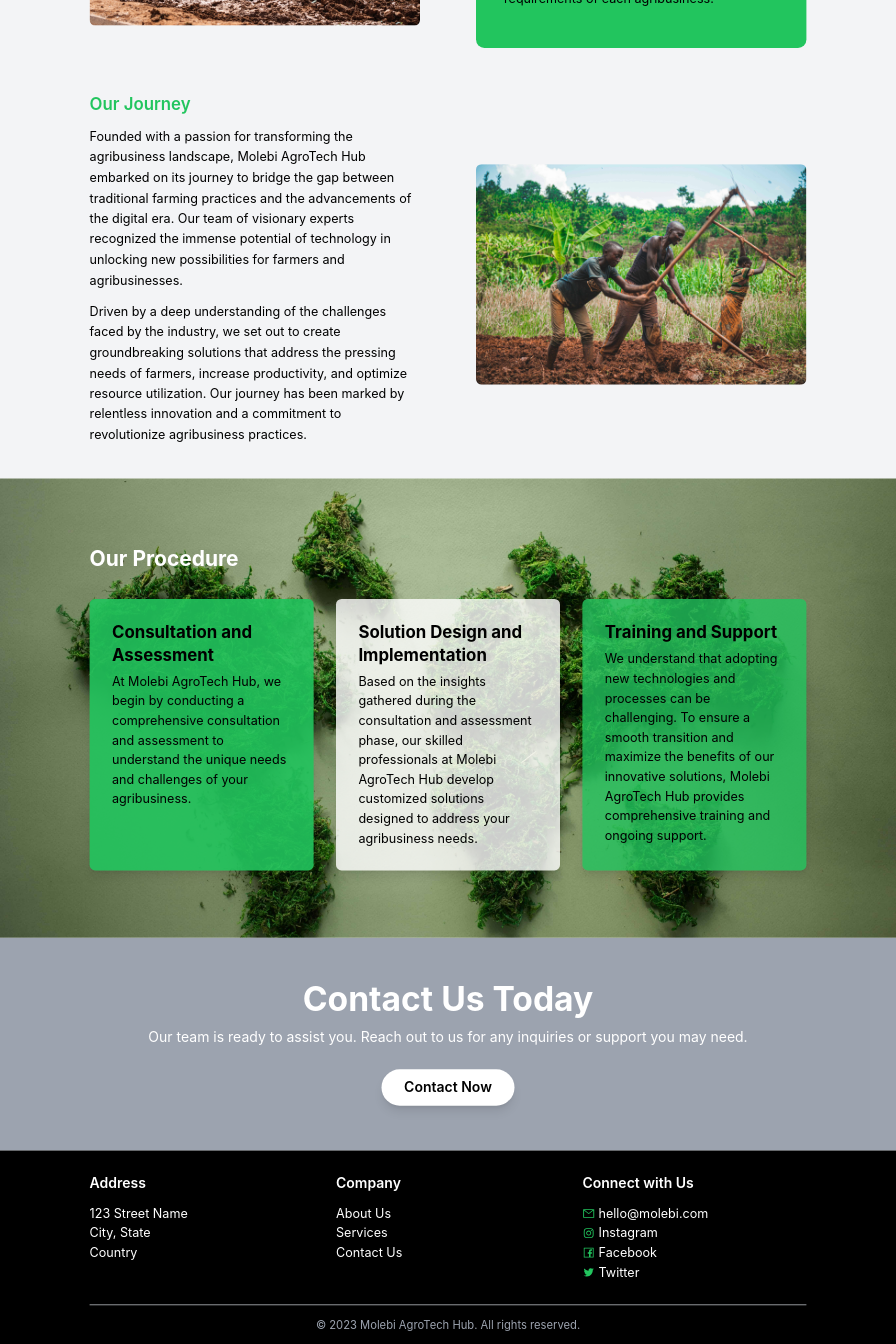
Repository: akinolapo/agric-tech
Page: /about
These files come from the project's save history. The page is drawn as it stood at one moment and after the next save; the edit follows.
The browser window is 1280 px wide. The pictures show the part of the page from y = 932 to 2852 px (the page is 2852 px tall), at 70% of full size.
The project was rebuilt for these pictures with package versions that can differ from the ones it lists, and the page was loaded fresh each time. Also part of the build but not shown: src/components/Hero.jsx, src/components/ImageText.jsx, src/components/TwoColumnMasonry.jsx, src/components/TwoColumnComponent.jsx, src/App.jsx.

Above is the page before, as saved 2023-05-28 20:42:00.

### public/index.html
<!DOCTYPE html>
<html lang="en">
  <head>
    <meta charset="utf-8" />
    <link rel="icon" href="%PUBLIC_URL%/favicon.ico" />
    <meta name="viewport" content="width=device-width, initial-scale=1" />
    <meta name="theme-color" content="#000000" />
    <meta
      name="description"
      content="Empowering Agribusinesses with Innovative Solutions and Technology"
    />
    <link rel="apple-touch-icon" href="%PUBLIC_URL%/logo192.png" />
    <!--
      manifest.json provides metadata used when your web app is installed on a
      user's mobile device or desktop. See https://developers.google.com/web/fundamentals/web-app-manifest/
    -->
    <link rel="manifest" href="%PUBLIC_URL%/manifest.json" />
    <!--
      Notice the use of %PUBLIC_URL% in the tags above.
      It will be replaced with the URL of the `public` folder during the build.
      Only files inside the `public` folder can be referenced from the HTML.

      Unlike "/favicon.ico" or "favicon.ico", "%PUBLIC_URL%/favicon.ico" will
      work correctly both with client-side routing and a non-root public URL.
      Learn how to configure a non-root public URL by running `npm run build`.
    -->
    <title>Molebi AgroTech Hub</title>
  </head>
  <body>
    <noscript>You need to enable JavaScript to run this app.</noscript>
    <div id="root"></div>
    <!--
      This HTML file is a template.
      If you open it directly in the browser, you will see an empty page.

      You can add webfonts, meta tags, or analytics to this file.
      The build step will place the bundled scripts into the <body> tag.

      To begin the development, run `npm start` or `yarn start`.
      To create a production bundle, use `npm run build` or `yarn build`.
    -->
  </body>
</html>

### src/index.js
import React from 'react';
import ReactDOM from 'react-dom/client';
import { BrowserRouter, Routes, Route } from "react-router-dom";
import './index.css';
import App from './App';
import AboutPage from './components/about-page/AboutPage';

const root = ReactDOM.createRoot(document.getElementById('root'));
root.render(
  <React.StrictMode>
    <BrowserRouter>
            <Routes>
                <Route path="/" element={<App />} />
                <Route path="/about" element={<AboutPage />} />
            </Routes>
            {/* <App /> */}
        </BrowserRouter>
  </React.StrictMode>
);

### src/index.css
@tailwind base;
@tailwind components;
@tailwind utilities;

body {
  margin: 0;
  font-family: -apple-system, BlinkMacSystemFont, 'Segoe UI', 'Roboto', 'Oxygen',
    'Ubuntu', 'Cantarell', 'Fira Sans', 'Droid Sans', 'Helvetica Neue',
    sans-serif;
  -webkit-font-smoothing: antialiased;
  -moz-osx-font-smoothing: grayscale;
}

code {
  font-family: source-code-pro, Menlo, Monaco, Consolas, 'Courier New',
    monospace;
}

.card-icon{
  height: 40px;
  width: 40px;
  color: #22C55E;
}

.underline-title{
  height: 3px;;
  background-color: #22C55E;
}

.green-icon{
  color: #22C55E;
  width: 18px;
  height: 18px;
  margin-right: 5px;
}

.phone-call:hover{
  color: white;
}

### src/components/about-page/AboutPage.jsx
import React from 'react';
import Header from '../Header';
import Footer from '../Footer';
import ImageBackground from './ImageBackground';
import Value from '../Value';
import ImageBackground2 from './ImageBackground2';
import CTA from '../CTA';

const AboutPage = () => {
  return (
    <>
    <Header/>
    <ImageBackground/>
    <div className="bg-gray-100 ">
      <div className="container mx-auto py-8 px-5 sm:px-32">
        <div className="grid items-center grid-cols-1 gap-20 md:grid-cols-2">
          <div className="relative overflow-hidden">
            <img
              src={process.env.PUBLIC_URL+`media/about.jpg`}
              alt="About Us"
              className="rounded-lg mb-4 md:mb-0 md:mr-4"
            />
          </div>
          <div className="flex flex-col justify-center bg-green-500 p-10 rounded-xl">
            <h3 className='text-2xl mb-4 font-semibold'>What We Do</h3>
            <p className="text-lg leading-relaxed mb-4">
            At Molebi AgroTech Hub, we understand the challenges faced by the agricultural sector and the need for efficient, modern solutions. Our team of experts combines their deep industry knowledge with advanced technological expertise to develop customized solutions tailored to the unique requirements of each agribusiness.
            </p>
          </div>
        </div>
      </div>

      <div className="container mx-auto py-8 px-5 sm:px-32">
        <div className="grid items-center grid-cols-1 gap-20 md:grid-cols-2">
        <div className="flex flex-col justify-center">
            <h3 className='text-2xl mb-4 text-green-500 font-semibold'>Our Journey</h3>
            <p className="text-lg leading-relaxed mb-4">
            Founded with a passion for transforming the agribusiness landscape, Molebi AgroTech Hub embarked on its journey to bridge the gap between traditional farming practices and the advancements of the digital era. Our team of visionary experts recognized the immense potential of technology in unlocking new possibilities for farmers and agribusinesses.
            </p>
            <p className="text-lg leading-relaxed mb-4">
            Driven by a deep understanding of the challenges faced by the industry, we set out to create groundbreaking solutions that address the pressing needs of farmers, increase productivity, and optimize resource utilization. Our journey has been marked by relentless innovation and a commitment to revolutionize agribusiness practices.
            </p>
          </div>
          <div className="relative overflow-hidden">
            <img
              src={process.env.PUBLIC_URL+`media/about-1.jpg`}
              alt="About Us"
              className="rounded-lg mb-4 md:mb-0 md:mr-4"
            />
          </div>
        </div>
      </div>

    </div>
    <ImageBackground2/>
    <CTA/>
    <Footer/>
    </>
  );
};

export default AboutPage;

### src/components/Header.jsx
import React, { useEffect, useState } from 'react';
import {Link} from 'react-router-dom'
import {FiPhoneCall} from 'react-icons/fi'


const Header = () => {
  const [isMenuOpen, setIsMenuOpen] = useState(false);

  const toggleMenu = () => {
    setIsMenuOpen(!isMenuOpen);
  };

  const closeMenu = () => {
    setIsMenuOpen(false);
  };

  const [isFixed, setIsFixed] = useState(false);

  useEffect(() => {
    const handleScroll = () => {
      if (window.scrollY > 0) {
        setIsFixed(true);
      } else {
        setIsFixed(false);
      }
    };

    window.addEventListener('scroll', handleScroll);
    return () => window.removeEventListener('scroll', handleScroll);
  }, []);

  return (
    <header className={`bg-white border-b-2 ${isFixed ? 'fixed top-0 z-10 w-full' : ''}`}>
      <div className="container mx-auto flex justify-between items-center py-4 px-5 sm:px-32">
        <div className="flex items-center">
          <img
            src={process.env.PUBLIC_URL+`media/logo.png`}
            alt="Logo"
            className="h-10 w-auto"
          />
        </div>
        <div className="hidden md:flex space-x-8">
          <Link to='/' className="text-gray-800 hover:text-gray-600 text-lg font-semibold">Home</Link>
          <Link to='/about' className="text-gray-800 hover:text-gray-600 text-lg font-semibold">About</Link>
          {/* <Link to='' className="text-gray-800 hover:text-gray-600 text-lg font-semibold">Services</Link> */}
          {/* <Link to='' className="text-gray-800 hover:text-gray-600 text-lg font-semibold">Contact</Link> */}
        </div>
        <div className="md:hidden">
          <button
            type="button"
            className="flex items-center p-2 rounded-md text-gray-800 hover:text-gray-600 focus:outline-none"
            onClick={toggleMenu}
          >
            <svg
              xmlns="http://www.w3.org/2000/svg"
              className="h-6 w-6"
              fill="none"
              viewBox="0 0 24 24"
              stroke="currentColor"
            >
              <path
                strokeLinecap="round"
                strokeLinejoin="round"
                strokeWidth="2"
                d="M4 6h16M4 12h16M4 18h16"
              />
            </svg>
          </button>

        </div>
        <div className="hidden md:block">
          <button
            type="button"
            className="bg-white border-green-500 border-2 text-green-500 rounded-lg py-2 px-4 flex items-center transition ease-in-out delay-150 hover:bg-green-500 duration-300 hover:text-white"
          >
            <FiPhoneCall className='mr-2 w-4'/> Call Us
          </button>
        </div>
      </div>
      <div>
          {isMenuOpen && (
            <div className="mt-2 w-full">
              <ul className="bg-white border rounded-md divide-y divide-gray-200 shadow-md">
                <li className="py-2 px-4">
                  <a href="#" className="text-gray-800 hover:text-gray-600 text-lg font-semibold">Home</a>
                </li>
                <li className="py-2 px-4">
                  <a href="#" className="text-gray-800 hover:text-gray-600 text-lg font-semibold">About</a>
                </li>
                <li className="py-2 px-4">
                  <a href="#" className="text-gray-800 hover:text-gray-600 text-lg font-semibold">Services</a>
                </li>
                <li className="py-2 px-4">
                  <a href="#" className="text-gray-800 hover:text-gray-600 text-lg font-semibold">Contact</a>
                </li>
                <li className="py-2 px-4">
                  <button
                    type="button"
                    className="bg-green-500 text-white rounded-lg py-2 px-4 w-full"
                  >
                    Food
                  </button>
                </li>
              </ul>
              <div className="absolute top-0 right-0 p-2">
              </div>
            </div>
          )}
          </div>
    </header>
  );
};

export default Header;

### src/components/Value.jsx
import React from 'react'
import {FaRegHandshake} from 'react-icons/fa'
import {AiOutlineDatabase} from 'react-icons/ai'
import {MdOutlineCurrencyExchange, MdOutlineAgriculture} from 'react-icons/md'
import {GiFoodTruck, GiGiftOfKnowledge} from 'react-icons/gi'

const data= [
    {
        id: 1,
        icon: <FaRegHandshake className='card-icon'/>,
        title: 'Collaborative Partnerships',
        description: 'We believe in the power of collaboration. We forge strong partnerships with agribusinesses, farmers, industry stakeholders, and technology providers to create a network that fosters knowledge sharing, innovation, and mutual growth.',
        // link: '/'
    },
    {
        id: 2,
        icon: <AiOutlineDatabase className='card-icon'/>,
        title: 'Storage and Warehousing',
        description: 'Molebi AgroTech Hub provides advanced storage and warehousing facilities to ensure the proper handling and preservation of agricultural commodities. We offer storage solutions with inventory management systems, and quality control measures, reducing post-harvest losses.',
        // link: '/'
    },
    {
        id: 3,
        icon: <MdOutlineCurrencyExchange className='card-icon'/>,
        title: 'Commodity Trading',
        description: 'Molebi AgroTech Hub provides a comprehensive value chain solution that includes commodity trading and marketing services. We help agribusinesses connect with buyers and sellers, ensuring efficient and profitable transactions.',
        // link: '/'
    },
    {
        id: 4,
        icon: <MdOutlineAgriculture className='card-icon'/>,
        title: 'Cutting-edge Technology',
        description: 'We provide innovative and advanced technological solutions that empower agribusinesses to stay ahead in the industry. Our tools and systems are designed to optimize productivity and maximize growth.',
        // link: '/'
    },
    {
        id: 5,
        icon: <GiFoodTruck className='card-icon'/>,
        title: 'Transportation and Logistics',
        description: 'Molebi AgroTech Hub facilitates efficient transportation and logistics services, ensuring timely delivery of agricultural products to markets, reducing wastage, and enhancing profitability for agribusinesses.',
        // link: '/'
    },
    {
        id: 6,
        icon: <GiGiftOfKnowledge className='card-icon'/>,
        title: 'Knowledge Sharing and Training',
        description: 'Empowering farmers and agribusinesses with valuable knowledge, training, and resources to optimize their productivity and stay updated with industry trends.',
        // link: '/'
    }

]

const Value = () => {
  return (
    < div className='py-10 px-5 sm:px-32'>
    <div className='text-center'>
        <h2 className='text-2xl text-green-500 font-bold mb-4'>Our Value Chain</h2>
        <p className="text-lg">Our approach is inspired by our determination to improve the agricultural landscape in Africa.</p>
    </div>
    <div className='mt-10 block md:grid md:gap-20 md: grid-cols-2 lg:grid-cols-3'>
        {
            data.map(({id, icon, title, description})=>{
                return(
                    <div key={id} className='border-solid border-2 border-green-500 p-6 rounded-2xl mb-4 md:mb-0'>
            {icon}
            <h3 className='text-xl '>{title}</h3>
            <hr className='underline-title w-10 my-2'></hr>
            <p className="text-lg">{description}</p>
        </div>
                )
            })
        }

    </div>
    </div>
  )
}

export default Value

### src/components/Footer.jsx
import React from 'react';
import {AiOutlineInstagram, AiOutlineFacebook, AiOutlineTwitter, AiOutlineMail} from 'react-icons/ai'

const Footer = () => {
  return (
    <footer className="bg-black text-white px-5 sm:px-32">
      <div className="container mx-auto py-8">
        <div className="grid grid-cols-1 md:grid-cols-3 gap-8">
          <div>
            <h3 className="text-xl font-semibold mb-4">Address</h3>
            <p className='text-lg'>123 Street Name</p>
            <p className='text-lg'>City, State</p>
            <p className='text-lg'>Country</p>
          </div>
          <div>
            <h3 className="text-xl font-semibold mb-4">Company</h3>
            <p className='text-lg'>About Us</p>
            <p className='text-lg'>Services</p>
            <p className='text-lg'>Contact Us</p>
          </div>
          <div>
            <h3 className="text-xl font-semibold mb-4">Connect with Us</h3>
            <p className='flex items-center text-lg'><AiOutlineMail className='green-icon'/><span>hello@molebi.com</span></p>
            <p className='flex items-center text-lg'><AiOutlineInstagram className='green-icon'/><span>Instagram</span></p>
            <p className='flex items-center text-lg'><AiOutlineFacebook className='green-icon'/><span>Facebook</span></p>
            <p className='flex items-center text-lg'><AiOutlineTwitter className='green-icon'/><span>Twitter</span></p>
          </div>
        </div>
      </div>
      <div className="border-t border-gray-300 py-4 text-center">
        <p className="text-gray-400">© {new Date().getFullYear()} Molebi AgroTech Hub. All rights reserved.</p>
      </div>
    </footer>
  );
};

export default Footer;

### src/components/about-page/ImageBackground.jsx
import React from 'react';
import bgImage from './background.jpg';

const ImageBackground = () => {
  return (
    <div className="relative bg-cover bg-no-repeat bg-center" style={{ backgroundImage: `url(${bgImage})` }}>
      <div className="relative px-5 sm:px-32 py-8 md:py-16 lg:py-24">
        <div className="container mx-auto">
        <h1 className='text-black text-3xl font-bold mb-10'>About Us</h1>
          <div className="grid grid-cols-1 md:grid-cols-3 gap-8">
            <div className="bg-green-500 bg-opacity-90 p-6 md:p-8 rounded-lg shadow-lg">
              <h3 className="text-xl md:text-2xl font-bold mb-2">Who We Are</h3>
              <p className='text-lg'>Molebi AgroTech Hub is a leading provider of innovative solutions for agribusinesses.</p>
            </div>

            <div className="bg-white bg-opacity-80 p-6 md:p-8 rounded-lg shadow-lg">
              <h3 className="text-xl md:text-2xl font-bold mb-2">Our Vision</h3>
              <p className='text-lg'>To inspire the production and distribution of sustainable food for Africa.</p>
            </div>

            <div className="bg-white bg-opacity-80 p-6 md:p-8 rounded-lg shadow-lg">
              <h3 className="text-xl md:text-2xl font-bold mb-2">Our Mission</h3>
              <p className='text-lg'>Our mission is to empower farmers and agricultural companies with cutting-edge technology for enhanced productivity and growth.</p>
            </div>
          </div>
        </div>
      </div>
    </div>
  );
};

export default ImageBackground;

### src/components/about-page/ImageBackground2.jsx
import React from 'react';
import bgImage from './background-1.jpg';

const ImageBackground2 = () => {
  return (
    <div className="relative bg-cover bg-no-repeat bg-center" style={{ backgroundImage: `url(${bgImage})` }}>
      <div className="relative px-5 sm:px-32 py-8 md:py-16 lg:py-24">
        <div className="container mx-auto">
        <h1 className='text-white text-3xl font-bold mb-10'>Our Procedure</h1>
          <div className="grid grid-cols-1 md:grid-cols-3 gap-8">
            <div className="bg-green-500 bg-opacity-90 p-6 md:p-8 rounded-lg shadow-lg">
              <h3 className="text-xl md:text-2xl font-bold mb-2">Consultation and Assessment</h3>
              <p className='text-lg'>At Molebi AgroTech Hub, we begin by conducting a comprehensive consultation and assessment to understand the unique needs and challenges of your agribusiness. </p>
            </div>

            <div className="bg-white bg-opacity-80 p-6 md:p-8 rounded-lg shadow-lg">
              <h3 className="text-xl md:text-2xl font-bold mb-2">Solution Design and Implementation</h3>
              <p className='text-lg'>Based on the insights gathered during the consultation and assessment phase, our skilled professionals at Molebi AgroTech Hub develop customized solutions designed to address your agribusiness needs.</p>
            </div>

            <div className="bg-green-500 bg-opacity-80 p-6 md:p-8 rounded-lg shadow-lg">
              <h3 className="text-xl md:text-2xl font-bold mb-2">Training and Support</h3>
              <p className='text-lg'>We understand that adopting new technologies and processes can be challenging. To ensure a smooth transition and maximize the benefits of our innovative solutions, Molebi AgroTech Hub provides comprehensive training and ongoing support.</p>
            </div>
          </div>
        </div>
      </div>
    </div>
  );
};

export default ImageBackground2;

### src/components/CTA.jsx
import React from 'react';

const CTA = () => {
  return (
    <div className="text-white bg-gray-400 text-center py-8 px-4 sm:py-16 sm:px-8">
      <h1 className="text-4xl sm:text-5xl font-bold mb-4">Contact Us Today</h1>
      <p className="text-lg sm:text-xl mb-8">
        Our team is ready to assist you. Reach out to us for any inquiries or support you may need.
      </p>
      <button className="bg-white text-black py-3 px-8 rounded-full shadow-lg font-semibold text-lg sm:text-xl hover:bg-gray-200 focus:outline-none focus:ring-2 focus:ring-offset-2 focus:ring-gray-400">
        Contact Now
      </button>
    </div>
  );
};

export default CTA;

Loaded but not shown: tailwind.config.js (common file)

After the next save:
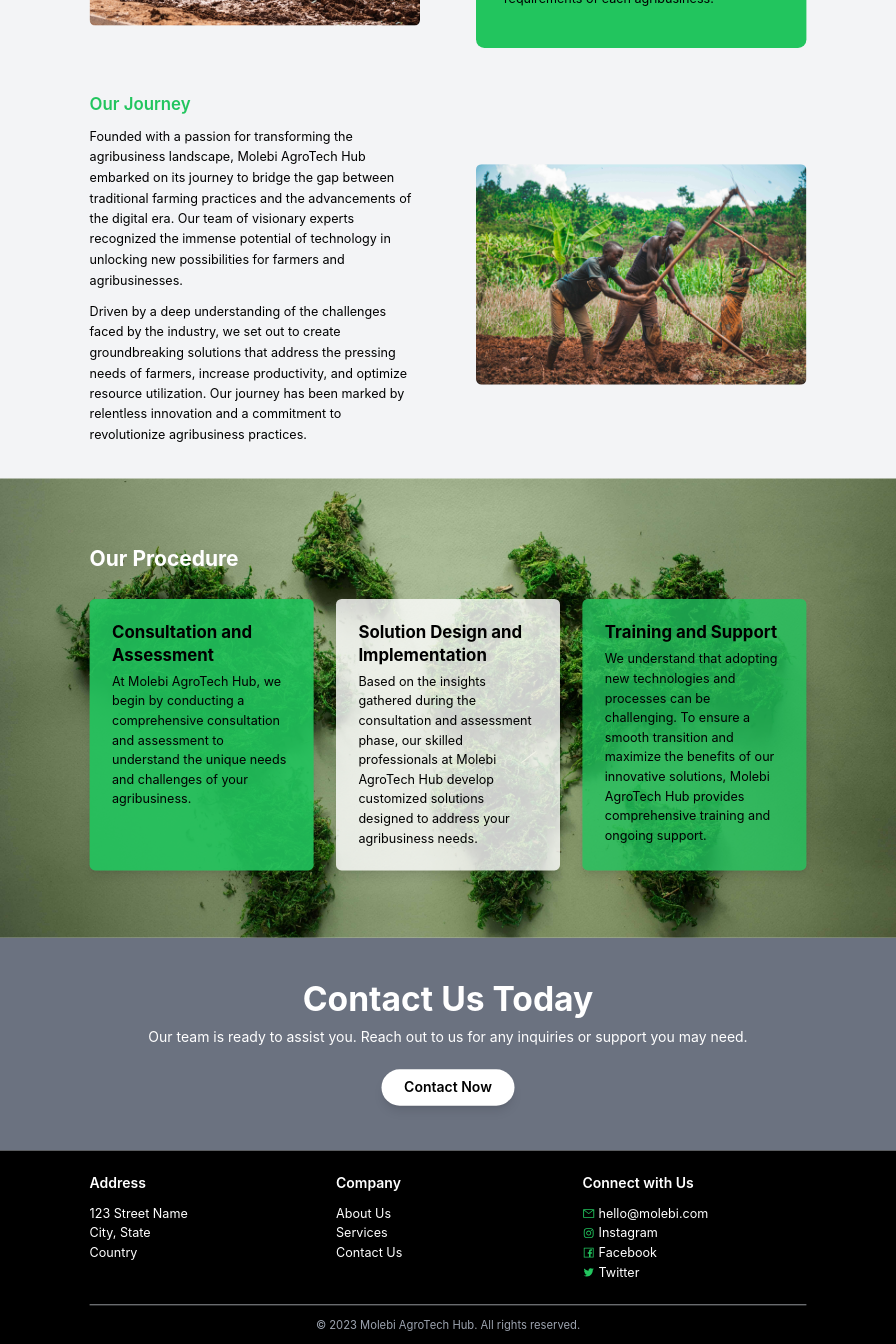
Saved 8 s later.
--- a/src/components/CTA.jsx
+++ b/src/components/CTA.jsx
@@ -2,7 +2,7 @@ import React from 'react';
 
 const CTA = () => {
   return (
-    <div className="text-white bg-gray-400 text-center py-8 px-4 sm:py-16 sm:px-8">
+    <div className="text-white bg-gray-500 text-center py-8 px-4 sm:py-16 sm:px-8">
       <h1 className="text-4xl sm:text-5xl font-bold mb-4">Contact Us Today</h1>
       <p className="text-lg sm:text-xl mb-8">
         Our team is ready to assist you. Reach out to us for any inquiries or support you may need.
